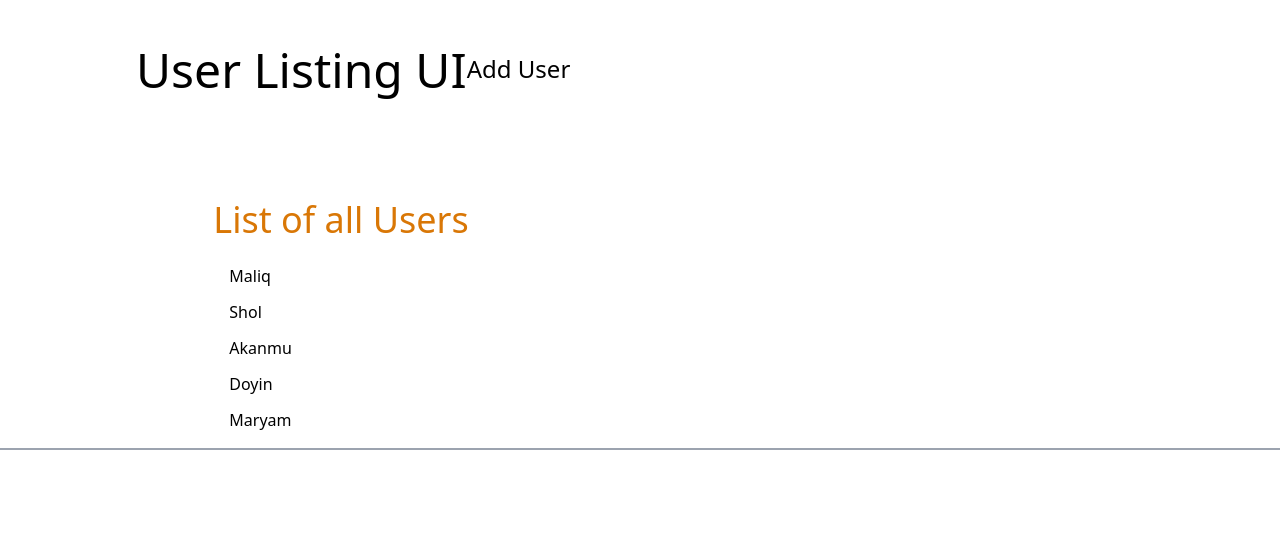
Repository: Marlstergo/listings
Page: /edit (app in client/)
These files come from the project's save history. The page is drawn as it stood at one moment and after the next save; the edit follows.
The browser window is 1280 px wide. The pictures show the whole page.
The project was rebuilt for these pictures with package versions that can differ from the ones it lists, and the page was loaded fresh each time. Also part of the build but not shown: client/craco.config.js, client/src/components/Loader.js, client/src/components/Order.js, client/src/components/Modal.js. Imported but missing from the stored project, and not drawn on this page: client/src/components/Base, client/src/components/Toppings.

Above is the page before, as saved 2021-07-20 23:53:26.

### client/src/index.js
/* eslint-disable no-unused-vars */
import React from "react";
import ReactDOM from "react-dom";
import "./index.css";
import App from "./App";
import reportWebVitals from "./reportWebVitals";
import { BrowserRouter } from "react-router-dom";
import { Provider } from "react-redux";
import { store } from "./redux/store";
import { PersistGate } from "redux-persist/integration/react";
import { persistor } from "./redux/store";

ReactDOM.render(
  <React.StrictMode>
    <Provider store={store}>
      <BrowserRouter>
        <PersistGate persistor={persistor}>
          <App />
        </PersistGate>
      </BrowserRouter>
    </Provider>
  </React.StrictMode>,
  document.getElementById("root")
);

// If you want to start measuring performance in your app, pass a function
// to log results (for example: reportWebVitals(console.log))
// or send to an analytics endpoint. Learn more: https://bit.ly/CRA-vitals
reportWebVitals();

### client/src/App.js
import React, { useState } from 'react';
import { Route, Switch, useLocation } from "react-router-dom";
import Header from './components/Header';
import Home from './components/Home';
import Base from './components/Base';
import Toppings from './components/Toppings';
import Order from './components/Order';
import Modal from './components/Modal';
import { AnimatePresence } from 'framer-motion';

function App() {
  const location = useLocation();
  const showModal = true;

  return (
    <>
      <Header />
      {/* <Modal showModal={showModal} /> */}
      <AnimatePresence exitBeforeEnter>
        <Switch location={location} key={location.key}>
          <Route path="/">
            <Home />
          </Route>
          <Route path="/createUpdateUser">
            <Toppings />
          </Route>
          <Route path="/order">
            <Order />
          </Route>
          <Route path="/">
            <Home />
          </Route>
        </Switch>
      </AnimatePresence>

    </>
  );
}

export default App;

### client/src/redux/store.js
import { createStore, applyMiddleware } from "redux";
import { logger } from 'redux-logger';
import {persistStore} from 'redux-persist';
// import thunk from 'redux-thunk'
import createSagaMiddleware from 'redux-saga'

import rootSaga from './root-sagas'

import rootReducer from './root-reducer';

const sagaMiddleware = createSagaMiddleware()

const middleware = [sagaMiddleware];

if( process.env.NODE_ENV === 'development'){
    middleware.push(logger)
}

export const store = createStore(rootReducer, applyMiddleware(...middleware))

sagaMiddleware.run(rootSaga)

export const persistor = persistStore(store)

export default (store, persistor);

### client/src/components/Header.js
import React from "react";
import { motion } from "framer-motion";

const svgVariants = {
  hidden: { rotate: -180 },
  visible: {
    rotate: 0,
    transition: { duration: 1 },
  },
};

const pathVariants = {
  hidden: {
    opacity: 0,
    pathLength: 0,
  },
  visible: {
    opacity: 1,
    pathLength: 1,
    transition: {
      duration: 2,
      ease: "easeInOut",
    },
  },
};

const buttonVariants = {
  show: {
    y: [0, -20],
    x: 0,
    textShadow: "0px 0px 8px rgb(255,255,255)",
    boxShadow: "0px 0px 8px rgb(255,255,255)",
    transition: {
      duration: 0.3,
      yoyo: Infinity,
      ease: 'easeOut'
    },
  },
};

const Header = () => {
  return (
    <header className="flex p-14 w-screen justify-between items-center">
      <motion.div
        className="logo"
        drag
        dragConstraints={{ left: 0, top: 0, right: 0, bottom: 0 }}
        dragElastic={0.7}
      >
        <motion.svg
          className="w-14 overflow-visible"
          xmlns="http://www.w3.org/2000/svg"
          viewBox="0 0 100 100"
          variants={svgVariants}
          initial="hidden"
          animate="visible"
        >
          <motion.path
            fill="none"
            d="M40 40 L80 40 C80 40 80 80 40 80 C40 80 0 80 0 40 C0 40 0 0 40 0Z"
            variants={pathVariants}
          />
          <motion.path
            fill="none"
            d="M50 30 L50 -10 C50 -10 90 -10 90 30 Z"
            variants={pathVariants}
          />
        </motion.svg>
      </motion.div>
      <motion.div
        className=" flex w-full ml-6 text-xs"
        initial={{ y: -250 }}
        animate={{ y: -10 }}
        transition={{ delay: 0.2, type: "spring", stiffness: 120 }}
      >
        <h1 className=" pb-4 text-5xl">User Listing UI</h1>
        <motion.button variants={buttonVariants} whileHover="hover"
        animate="show"
        className="text-2xl"
        >
          Add User
        </motion.button>
      </motion.div>
    </header>
  );
};

export default Header;

### client/src/components/Home.js
import React from "react";
import { Link } from "react-router-dom";
import { motion } from "framer-motion";
import Loader from "./Loader";



const containerVariants = {
  hidden: {
    opacity: 0,
  },
  visible: {
    opacity: 1,
    transition: { delay: 1.5, duration: 1.5 },
  },
  exit: {
    x: "-100vh",
    transition: { ease: "easeInOut" },
  },
};
const users = ["maliq", "shol", "akanmu", "doyin", "maryam"];
const Home = () => {
  return (
    <motion.div
      className="  pb-4 mb-4 border-b-2 border-gray-400 flex flex-col items-center"
      variants={containerVariants}
      initial="hidden"
      animate="visible"
      exit="exit"
    >
      <div className="w-2/3 ">
        <h1 className="text-yellow-600 py-6 text-4xl">List of all Users</h1>
        <ul className="pl-4 space-y-3 capitalize ">
          {users.map(
            (user , idx) => (
              <li key={idx}>{user}</li>
            )
          )}

        </ul>
        {/* <table className="min-w-full divide-y divide-gray-200">
          <thead>
            <tr>
              <th className="px-6 py-3 bg-gray-50 text-left text-xs font-medium text-gray-500 uppercase tracking-wider">
                Transaction
              </th>
              <th className="px-6 py-3 bg-gray-50 text-right text-xs font-medium text-gray-500 uppercase tracking-wider">
                Amount
              </th>
              <th className="hidden px-6 py-3 bg-gray-50 text-left text-xs font-medium text-gray-500 uppercase tracking-wider md:block">
                Status
              </th>
              <th className="px-6 py-3 bg-gray-50 text-right text-xs font-medium text-gray-500 uppercase tracking-wider">
                Date
              </th>
            </tr>
          </thead>
        </table> */}
      </div>
    </motion.div>
  );
};

export default Home;

### client/src/redux/root-sagas.js
import {all, call} from 'redux-saga/effects'
import {userSagas} from './user/user.sagas'


export default function* rootSaga(){
    yield all([
        call(userSagas),
    ])
}

### client/src/redux/root-reducer.js
import {combineReducers} from 'redux'
import userReducer from './user/user.reducer'
// import cartReducer from './cart/cart.reducer'
import {persistReducer} from 'redux-persist'
import storage from 'redux-persist/lib/storage'
// import directoryReducer from './directory/directory.reducer'
// import shopReducer from './shop/shop.reducer'

const persistConfig ={
    key: 'root',
    storage,
    whitelist: ['' ]
}
const rootReducer = combineReducers({
    user: userReducer,

})
export default persistReducer(persistConfig, rootReducer)

### client/src/redux/user/user.sagas.js
import { all, call, put, takeLatest } from "redux-saga/effects";

import UserActionTypes from "./user.types";
import { loadUserDetail } from "./user.action";
// import axios from "axios";
// import { getUserDetailsURL } from "../../components/stringConstants";

export function* getDetails() {
  yield console.log("i fired");

  // try {
  //   console.log("inside try");

  //   const res = yield axios.get(getUserDetailsURL);
  //   const data = yield res.data;
  //   console.log(res);
  //   yield put(loadUserDetail(data ? data.data[0] : {}));
  // } catch (err) {
  //   console.log(err.response);
  //   if (err.response && err.response.statusText === "Not Found") {
  //     // console.log("");
  //     window.location.href = "/profile/settings?newUser=0837";
  //   }
  // }
}

export function* getUserDetails() {
  yield takeLatest(UserActionTypes.GET_USER_DETAIL, getDetails);
}
// export function* loadUserDetails(){
//     yield takeLatest(UserActionTypes.LOAD_USER_DETAIL, loadDetails)
// }

export function* userSagas() {
  yield all([call(getUserDetails)]);
}

### client/src/redux/user/user.reducer.js
import UserActionTypes from "./user.types";
const INITIAL_STATE = {
  // currentUser: null,
  userDetail: {},
  demo: 'i am demo',
  location: null

};
const userReducer = (state = INITIAL_STATE, action) => {
  switch (action.type) {

    case UserActionTypes.LOAD_USER_DETAIL:
      return {
        ...state,
        userDetail: action.payload,
      };

    case UserActionTypes.COLLECT_GEOLOCATION:
      return {
        ...state,
        location: action.payload
      }
    default:
      return state;
  }
};

export default userReducer;

### client/src/redux/user/user.types.js
const UserActionTypes ={
    GOOGLE_SIGN_IN_START : 'GOOGLE_SIGN_IN_START',
    SIGN_IN_SUCCESS : 'SIGN_IN_SUCCESS',
    SIGN_IN_FAILURE : 'SIGN_IN_FAILURE',
    GET_USER_DETAIL: 'GET_USER_DETAIL',
    LOAD_USER_DETAIL: 'LOAD_USER_DETAIL',
    COLLECT_GEOLOCATION: 'COLLECT_GEOLOCATION',
    FETCH_GEOLOCATION: 'FETCH_GEOLOCATION'
}
export default UserActionTypes;

### client/src/redux/user/user.action.js
import UserActionTypes from './user.types'



// export const googleSignInStart = () => ({
//     type: UserActionTypes.GOOGLE_SIGN_IN_START
// })

// export const signInSuccess = (user) => ({
//     type: UserActionTypes.SIGN_IN_SUCCESS,
//     payload: user
// })

export const getUserDetail = () => ({
    type: UserActionTypes.GET_USER_DETAIL,

})
export const loadUserDetail = (details) => ({
    type: UserActionTypes.LOAD_USER_DETAIL,
    payload: details
})

export const fetchGeoloction = () => ({
    type: UserActionTypes.FETCH_GEOLOCATION
})
export const collectGeolocation = (location) => ({
    type: UserActionTypes.COLLECT_GEOLOCATION,
    payload: location
})
// })

### client/tailwind.config.js
  // tailwind.config.js
  module.exports = {
    // mode:'jit',
    purge: ['./src/**/*.{js,jsx,ts,tsx}', './public/index.html'],
     darkMode: false, // or 'media' or 'class'
     theme: {
       extend: {},
     },
     variants: {
       extend: {},
     },
     plugins: [],
   }

Loaded but not shown: client/public/index.html (common file); client/src/index.css (common file); client/src/reportWebVitals.js (common file)

After the next save:
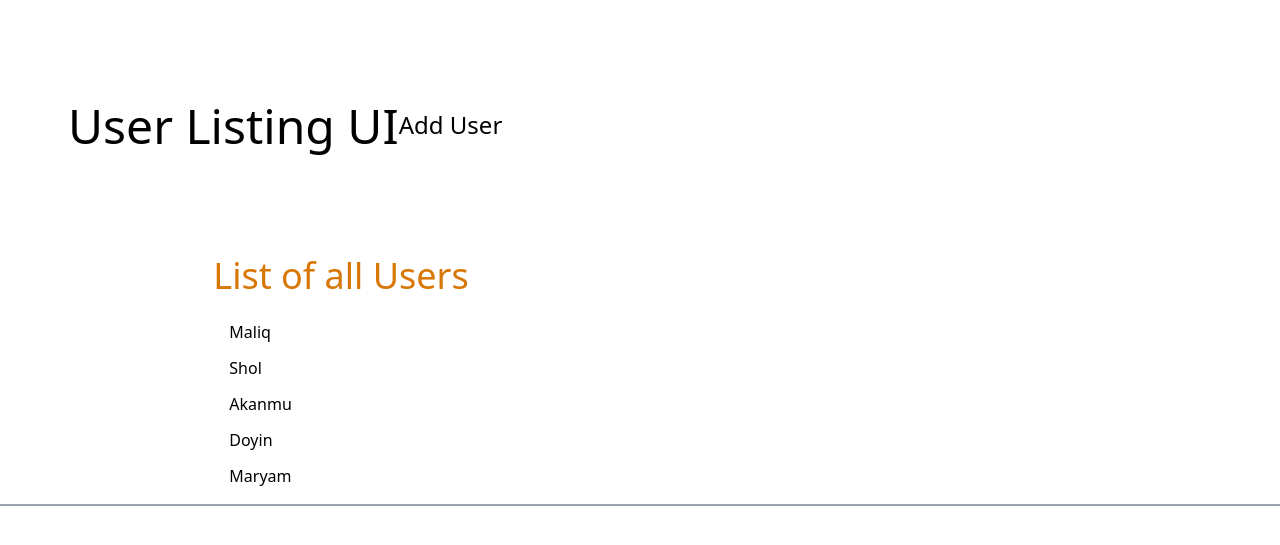
Saved 31 s later.
--- a/client/src/components/Header.js
+++ b/client/src/components/Header.js
@@ -40,7 +40,7 @@ const buttonVariants = {
 
 const Header = () => {
   return (
-    <header className="flex p-14 w-screen justify-between items-center">
+    <header className="flex p-14 w-screen justify-between flex-col items-center">
       <motion.div
         className="logo"
         drag
